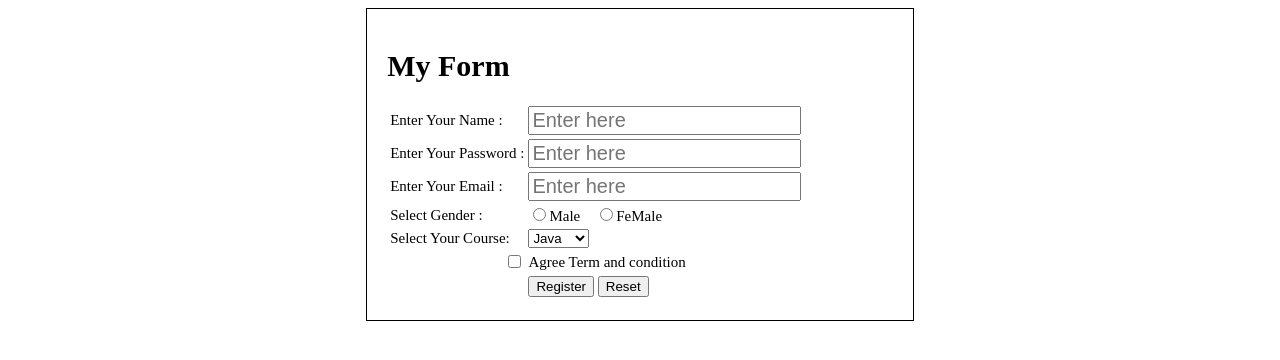
Repository: Kamleshmaury/CoreJava
Page: RegistrationForm/src/main/webapp/index.html
An editor plug-in stored every save of this project. The page is shown before and after the next save, followed by the edit.
The browser window is 1280 px wide. The pictures show the whole page.

Above is the page before, as saved 2022-10-18 09:12:48.

After the next save:
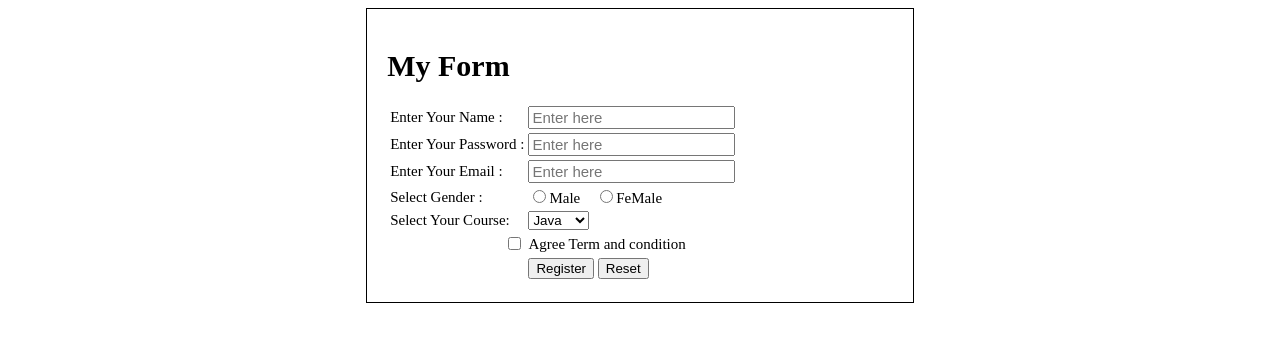
Saved 12 s later.
--- a/RegistrationForm/src/main/webapp/index.html
+++ b/RegistrationForm/src/main/webapp/index.html
@@ -14,7 +14,7 @@
 			}
 
 			#myform table tr td input{
-				font-size: 20px;
+				font-size: 15px;
 
 			}
 
